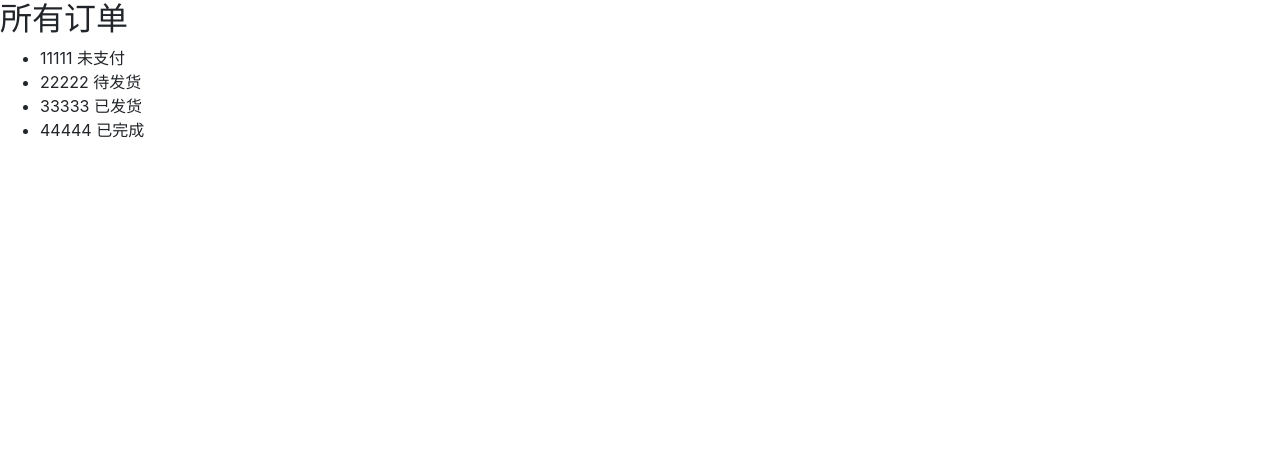
Repository: zenghao518518/Vue
Page: 3-条件渲染/条件渲染.html
An editor plug-in stored every save of this project. The page is shown before and after the next save, followed by the edit.
The browser window is 1280 px wide. The pictures show the whole page.

Above is the page before, as saved 2023-08-14 17:27:45.

After the next save:
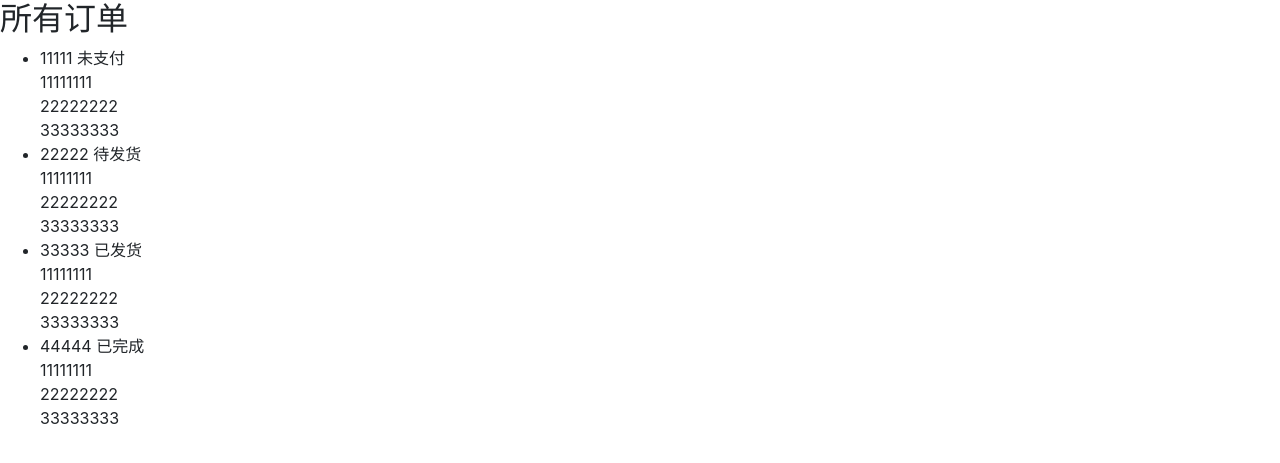
Saved 40 s later.
--- a/3-条件渲染/条件渲染.html
+++ b/3-条件渲染/条件渲染.html
@@ -30,7 +30,7 @@
           <span v-else-if="item.state===2">已发货</span>
           <span v-else>已完成</span>
           <!-- template不影响dom结构 -->
-          <template v-if="iscreated">
+          <template v-if="isCreated">
             <div>11111111</div>
             <div>22222222</div>
             <div>33333333</div>
